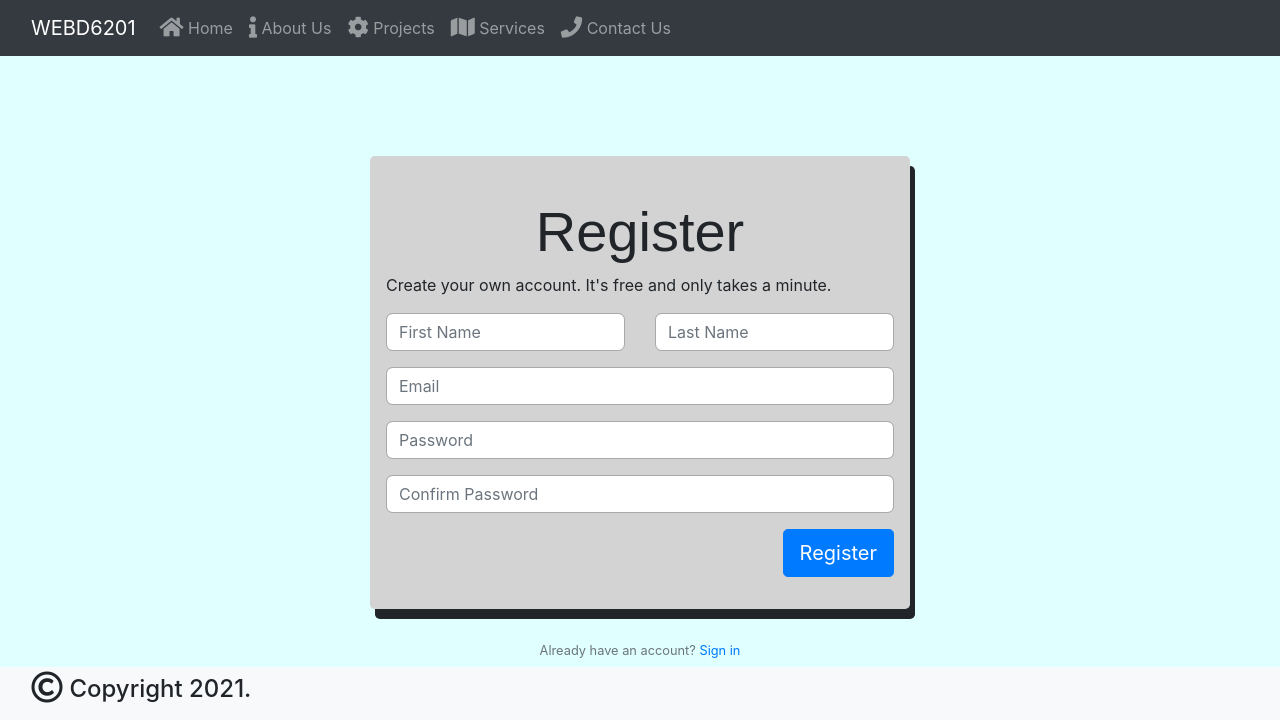
Repository: deividwsantoss/web6201-Lab1
Page: register.html
The author's editor kept a copy of each file at every save. The page is drawn from the files as they stood at one save, then again after the next save.
The browser window is 1280 px wide. The pictures show the whole page.

Above is the page before, as saved 2021-03-04 11:06:12.

After the next save:
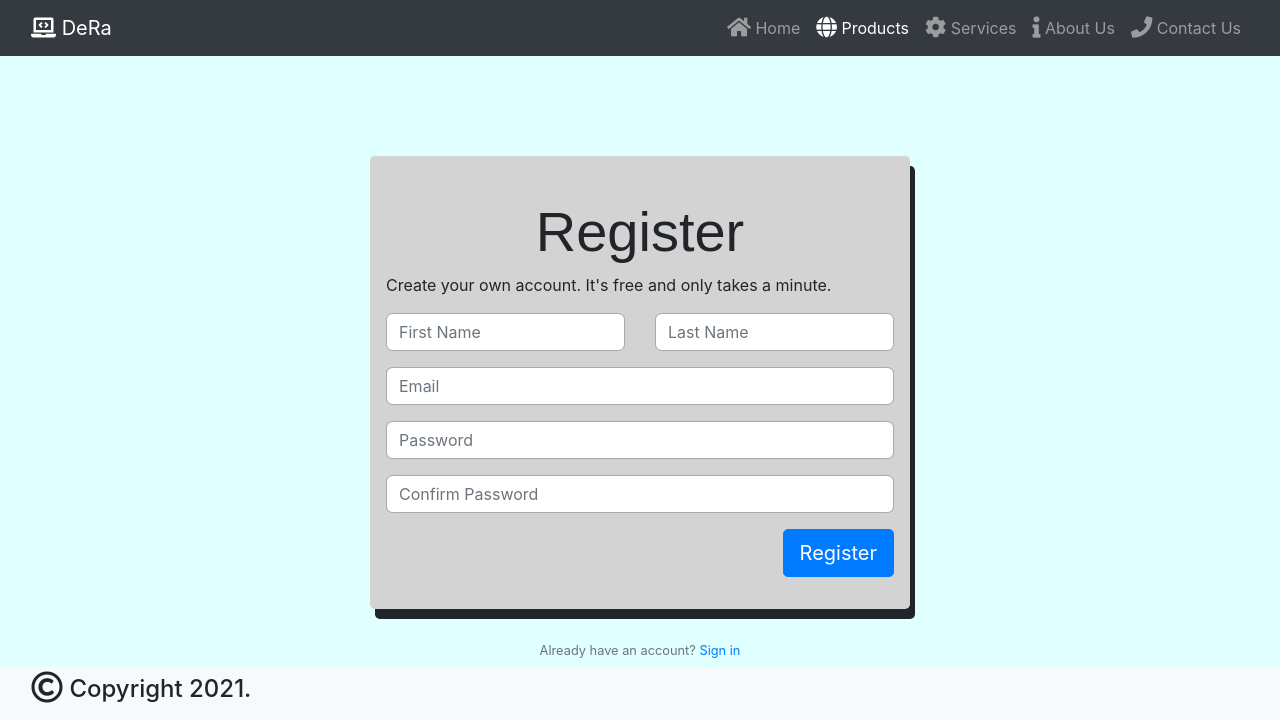
Saved 26 s later.
--- a/register.html
+++ b/register.html
@@ -12,39 +12,37 @@
 <body>
     <!-- Main Header -->
     <header>
-        <!-- Main Navigation -->
-        <nav class="navbar navbar-expand-lg navbar-dark bg-dark">
-            <div class="container-fluid">
-              <a class="navbar-brand" href="index.html">WEBD6201</a>
-              <button class="navbar-toggler" type="button" data-bs-toggle="collapse" data-bs-target="#navbarSupportedContent" aria-controls="navbarSupportedContent" aria-expanded="false" aria-label="Toggle navigation">
-                <span class="navbar-toggler-icon"></span>
-              </button>
-              <div class="collapse navbar-collapse" id="navbarSupportedContent">
-                <ul class="navbar-nav me-auto mb-2 mb-lg-0">
-                  <li class="nav-item">
-                    <a class="nav-link" aria-current="page" href="index.html"><i class="fas fa-home fa-lg"></i> Home</a>
-                  </li>
+      <nav class="navbar navbar-expand-lg navbar-dark bg-dark">
+          <div class="container-fluid">
+            <a class="navbar-brand" href="index.html"><i class="fas fa-laptop-code"></i> DeRa</a>
+            <button class="navbar-toggler" type="button" data-bs-toggle="collapse" data-bs-target="#navbarSupportedContent" aria-controls="navbarSupportedContent" aria-expanded="false" aria-label="Toggle navigation">
+              <span class="navbar-toggler-icon"></span>
+            </button>
+            <div class="collapse navbar-collapse" id="navbarSupportedContent">
+              <ul id="mainUl" class="navbar-nav ml-auto mb-2 mb-lg-0">
+                <li class="nav-item">
+                  <a class="nav-link " aria-current="page" href="index.html"><i class="fas fa-home fa-lg"></i> Home</a>
+                </li>
+                <li class="nav-item">
+                  <a id="prod" class="nav-link active" aria-current="page" href="products.html"><i class="fas fa-globe fa-lg"></i> Products</a>
+                </li>
+                <li class="nav-item">
+                  <a class="nav-link" aria-current="page" href="services.html"><i class="fas fa-cog fa-lg"></i> Services</a>
+                </li>
+                <li class="nav-item">
+                  <a class="nav-link" aria-current="page" href="about.html"><i class="fas fa-info fa-lg"></i> About Us</a>
+                </li>
+                <li class="nav-item">
+                  <a class="nav-link" aria-current="page" href="contact.html"><i class="fas fa-phone fa-lg"></i> Contact Us</a>
+                </li>
 
-                  <li class="nav-item">
-                    <a class="nav-link" aria-current="page" href="about.html"><i class="fas fa-info fa-lg"></i> About Us</a>
-                  </li>
+              </ul>
 
-                  <li class="nav-item">
-                    <a class="nav-link" aria-current="page" href="projects.html"><i class="fas fa-cog fa-lg"></i> Projects</a>
-                  </li>
+            </div>
+          </div>
+        </nav>
 
-                  <li class="nav-item">
-                    <a class="nav-link" aria-current="page" href="services.html"><i class="fas fa-map fa-lg"></i> Services</a>
-                  </li>
-
-                  <li class="nav-item">
-                    <a class="nav-link" aria-current="page" href="contact.html"><i class="fas fa-phone fa-lg"></i> Contact Us</a>
-                  </li>
-                </ul>
-              </div>
-            </div>
-          </nav>
-    </header>
+  </header>
 
     <!-- Main Content -->
     <main class="container" id="mainContent">
